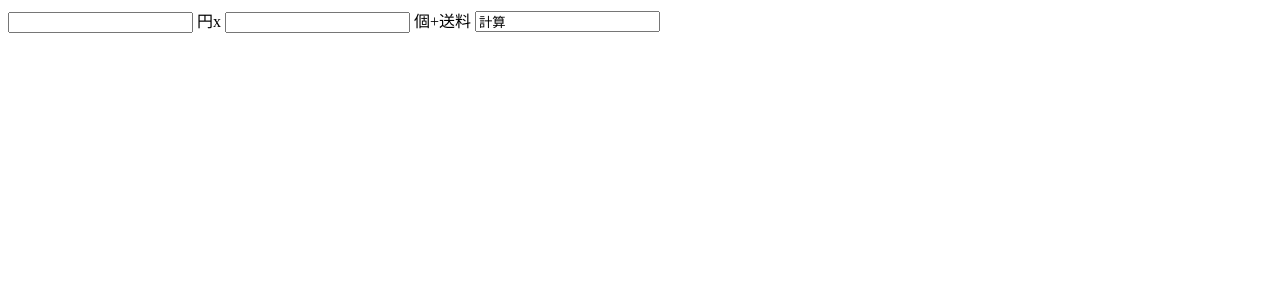
Repository: nanasuzu0822/backup
Page: http://localhost/HelloJSP/greeting-out.jsp
The author's editor kept a copy of each file at every save. The page is drawn from the files as they stood at one save, then again after the next save.
The browser window is 1280 px wide. The pictures show the whole page.
The page is served by Tomcat 9.

Above is the page before, as saved 2018-02-21 11:11:16.

### TestDB/HelloJSP/WebContent/greeting-out.jsp
<%@ page language="java" contentType="text/html; charset=UTF-8"
    pageEncoding="UTF-8"%>
<!DOCTYPE html><html>
<head>
<meta http-equiv="Content-Type" content="text/html; charset=UTF-8">
<title>Insert title here</title>
</head>
<body>
<form method="post" action="total-out.jsp">
<input type="text name="price">
円x
<input type="text" name="count">
個+送料
<input type="text" name="delivery"
円=
<input type="submit" value="計算">
</form>
</body>
</html>

After the next save:
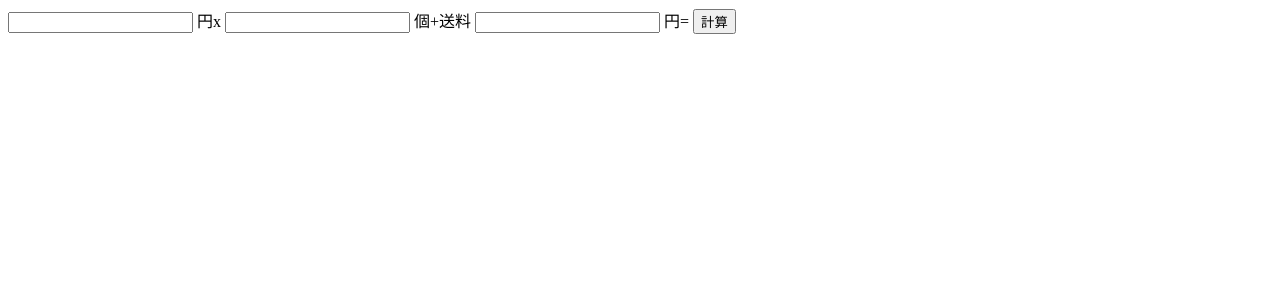
Saved 37 s later.
--- a/TestDB/HelloJSP/WebContent/greeting-out.jsp
+++ b/TestDB/HelloJSP/WebContent/greeting-out.jsp
@@ -11,7 +11,7 @@
 円x
 <input type="text" name="count">
 個+送料
-<input type="text" name="delivery"
+<input type="text" name="delivery">
 円=
 <input type="submit" value="計算">
 </form>
